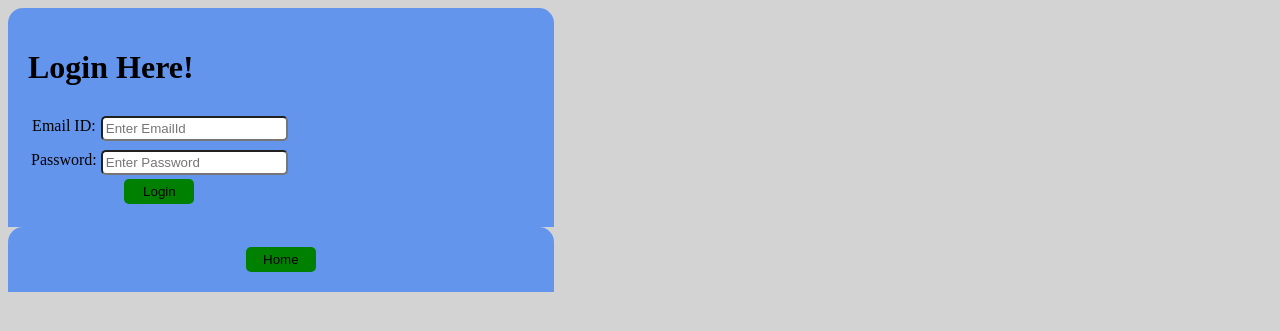
Repository: r-svp26/Employee-Management
Page: EmployeeManagement/WebContent/login.html
An editor plug-in stored every save of this project. The page is shown before and after the next save, followed by the edit.
The browser window is 1280 px wide. The pictures show the whole page.

Above is the page before, as saved 2020-12-27 19:27:30.

After the next save:
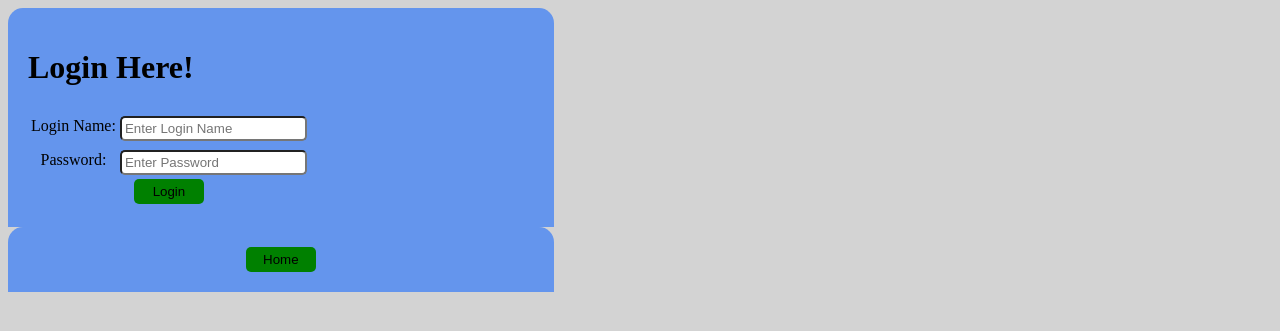
Saved 18 h 45 min later.
--- a/EmployeeManagement/WebContent/login.html
+++ b/EmployeeManagement/WebContent/login.html
@@ -10,8 +10,8 @@
 		<h1>Login Here!</h1>
 		<table>
 			<tr>
-				<td>Email ID:</td>
-				<td><input type="text" name="email" placeholder="Enter EmailId"></td>
+				<td>Login Name:</td>
+				<td><input type="text" name="nm" placeholder="Enter Login Name"></td>
 			</tr>
 			<tr>
 				<td>Password:</td>
